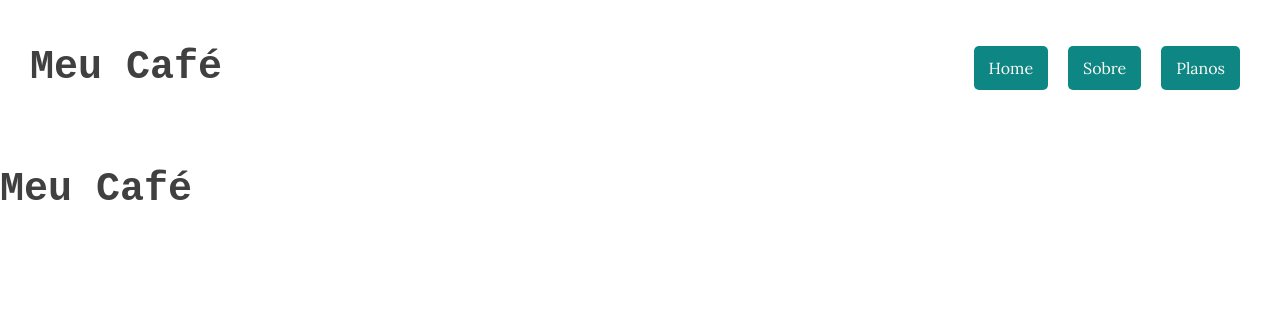
Repository: meiotera/meu_cafe.dev
Page: /sobre
An editor plug-in stored every save of this project. The page is shown before and after the next save, followed by the edit.
The browser window is 1280 px wide. The pictures show the whole page.
The project was rebuilt for these pictures with package versions that can differ from the ones it lists, and the page was loaded fresh each time. Also part of the build but not shown: vite.config.js, src/components/Banner/Banner.module.css, src/components/Banner/Banner.jsx, src/Pages/Home.module.css, src/components/Card/Card.module.css, src/components/Card/Card.jsx, src/Pages/Home.jsx, src/Pages/YourPlane.jsx.

Above is the page before, as saved 2025-04-03 18:40:35.

### src/index.css
@import url('https://fonts.googleapis.com/css2?family=Lora:wght@400;700&display=swap');

:root {
  font-family: 'Lora', sans-serif;
  line-height: 1.5;
  font-weight: 400;
  box-sizing: border-box; /* Mantido */

  color: rgba(255, 255, 255, 0.87);

  font-synthesis: none;
  text-rendering: optimizeLegibility;
  -webkit-font-smoothing: antialiased;
  -moz-osx-font-smoothing: grayscale;
}

a {
  font-weight: 500;
  color: #646cff;
  text-decoration: inherit;
}
a:hover {
  color: #535bf2;
}

h1,
h2,
h3 {
  font-family: 'Lora', sans-serif;
  color: rgba(50, 49, 49, 0.93);
  margin: 0; /* Removido o margin */
}

p {
  font-family: 'Open Sans', sans-serif;
}

.main::after {
  content: '';
  display: block;
  height: 80px;
}

body {
  max-width: 1280px;
  margin: 0 auto;
}

### src/App.jsx
import React from 'react';
import { BrowserRouter, Routes, Route } from 'react-router-dom';

import Home from './Pages/Home';
import AboutUs from './Pages/AboutUs';
import YourPlane from './Pages/YourPlane';

import Header from './components/Header/Header';
import Main from './components/Main/Main';
import Footer from './components/Footer/Footer';

function App() {
  return (
    <>
      <BrowserRouter>
        <Header />

        <Main>
          <Routes>
            <Route path="/" element={<Home />} />
            <Route path="/sobre" element={<AboutUs />} />
            <Route path="planos" element={<YourPlane />} />
          </Routes>
        </Main>

        <Footer />
      </BrowserRouter>
    </>
  );
}

export default App;

### src/Pages/AboutUs.jsx
import React from 'react';

const AboutUs = () => {
  return <div>Sobre</div>;
};

export default AboutUs;

### src/components/Header/Header.jsx
import React from 'react';

import styles from './Header.module.css';
import NavBar from '../NavBar/NavBar';
import Banner from '../Banner/Banner';

const Header = () => {
  return (
    <header className={styles.header}>
      <h1 className={styles.titulo}>Meu Café</h1>

      <NavBar />
    </header>
  );
};

export default Header;

### src/components/Main/Main.jsx
import React from 'react';

const Main = ({ children }) => {
  return <main>{children}</main>;
};

export default Main;

### src/components/Footer/Footer.jsx
import React from 'react';
import styles from './Footer.module.css';

const Footer = () => {
  return (
    <footer>
      <h1 className={styles.titulo}>Meu Café</h1>
    </footer>
  );
};

export default Footer;

### src/components/Header/Header.module.css
.header {
  height: max-content;
  color: rgba(50, 49, 49, 0.93);

  padding: 30px;
  display: flex;
  flex-wrap: wrap;
  justify-content: center;
  align-items: center;
}

.titulo {
  font-size: 2.5em;
  font-family: 'Courier New', Courier, monospace;
  font-weight: bold;
}

@media screen and (min-width: 548px) {
  .header {
    justify-content: space-between;
  }
}

### src/components/NavBar/NavBar.jsx
import React from 'react';
import { NavLink } from 'react-router-dom';

import styles from './NavBar.module.css';

const NavBar = () => {
  return (
    <nav className={styles.navbar}>
      <ul>
        <li>
          <NavLink to={'/'}>Home</NavLink>
        </li>
        <li>
          <NavLink to={'/sobre'}>Sobre</NavLink>
        </li>
        <li>
          <NavLink to={'/planos'}> Planos</NavLink>
        </li>
      </ul>
    </nav>
  );
};
export default NavBar;

### src/components/Footer/Footer.module.css
.titulo {
  font-size: 2.5em;
  font-family: 'Courier New', Courier, monospace;
  font-weight: bold;
}

### src/components/NavBar/NavBar.module.css
.navbar ul {
  display: flex;
  padding: 0;
  justify-content: space-between;
}

.navbar li {
  list-style: none;
  margin: 10px;
}

.navbar a {
  padding: 12px 15px;
  background-color: #0e8784;
  border-radius: 5px;
  color: #fefcf7;
}

.navbar a:hover {
  background-color: #189b99;
}

Loaded but not shown: index.html (common file); src/main.jsx (common file)

After the next save:
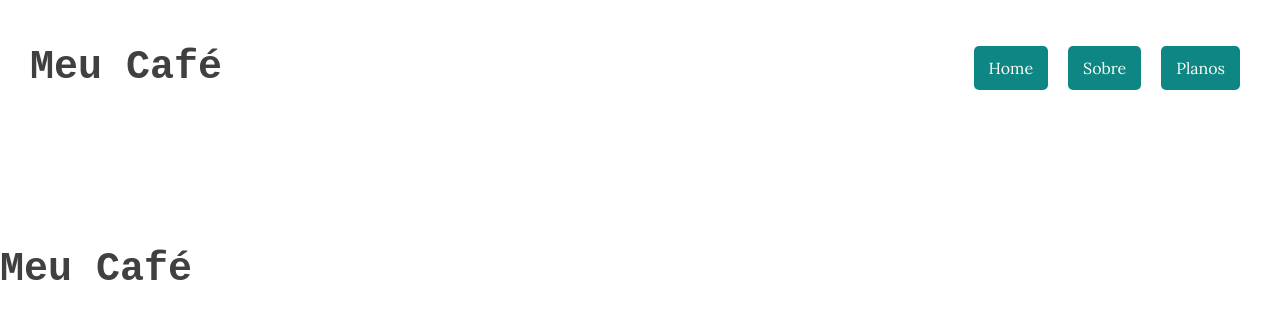
Saved 16 s later.
--- a/src/index.css
+++ b/src/index.css
@@ -35,7 +35,7 @@ p {
   font-family: 'Open Sans', sans-serif;
 }
 
-.main::after {
+main::after {
   content: '';
   display: block;
   height: 80px;
